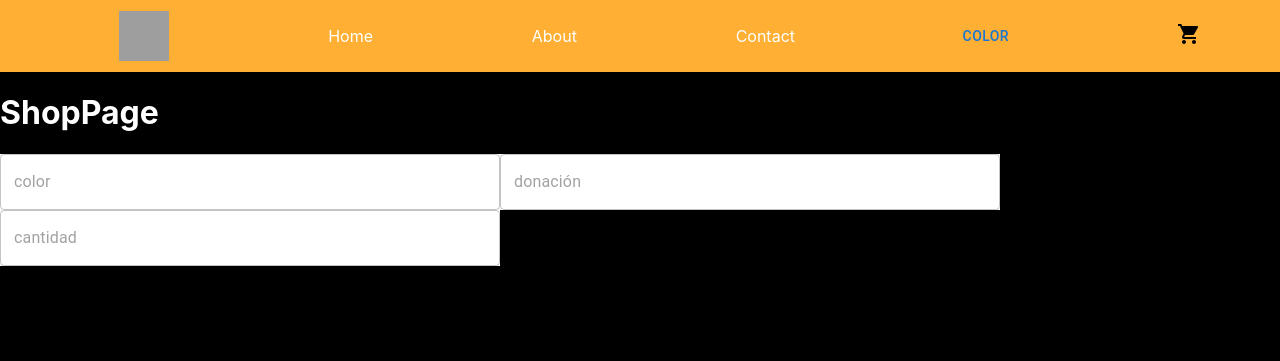
Repository: Toydrum/React-Hector-Coronado-EntregaFinal
Page: /shop
These files come from the project's save history. The page is drawn as it stood at one moment and after the next save; the edit follows.
The browser window is 1280 px wide. The pictures show the whole page.
Pictures or frames that could not be fetched are drawn as grey boxes. The project was rebuilt for these pictures with package versions that can differ from the ones it lists, and the page was loaded fresh each time. Also part of the build but not shown: vite.config.js, src/components/CardUser/CardUser.jsx, src/components/CardList/CardList.css, src/firebase/firebaseConfig.js, src/components/CardList/CardList.jsx, src/pages/HomePage/HomePage.jsx, src/pages/ContactPage/ContactPage.jsx, src/pages/AboutPage/AboutPage.jsx and 1 more.

Above is the page before, as saved 2023-07-16 17:55:24.

### src/App.jsx
//import React from "react";
import "./App.css";
import { BrowserRouter as Router, Routes, Route } from "react-router-dom";
//Components
import NavBar from "./components/Navbar/Navbar";
//import MenuColor from "./components/MenuColor/MenuColor";
//import CardUser from "./components/CardUser/CardUser";

//Pages
import HomePage from "./pages/HomePage/HomePage";
import ContactPage from "./pages/ContactPage/ContactPage";
import AboutPage from "./pages/AboutPage/AboutPage";
import DetailPage from "./pages/DetailPage/DetailPage";
import ShopPage from "./pages/ShopPage/ShopPage";

const App = () => {
  return (
    <Router>
      <div className="App">
        <NavBar />
        <Routes>
          <Route path="/" element={<HomePage />}></Route>
          <Route path="/About" element={<AboutPage />}></Route>
          <Route path="/Contact" element={<ContactPage />}></Route>
          <Route path="/detail/:id" element={<DetailPage />}></Route>
          <Route path="/shop" element={<ShopPage />}></Route>
        </Routes>
        <div className="Cards-Container"></div>
      </div>
    </Router>
  );
};

export default App;

### src/App.css
body{
  background-color: black;
}

.App {
  display: flex;
  flex-direction: column;
  justify-content: center;
}

.Cards-Container{
  display: flex;
  width: 100%;
  justify-content: center;
}

### src/components/Navbar/Navbar.jsx
import React from "react";
import "./Navbar.css";
import logo from "./cat-logo.svg";
import { Link } from "react-router-dom";
import CartWidget from "../CartWidget/CartWidget";
import MenuColor from "../MenuColor/MenuColor";

const NavBar = () => {
  return (
    <nav className="nav-container">
      <ul className="nav-ul">
        <img src={logo} alt="gatito" style={{ height: 50, width: 50 }} />
        <li className="li">
          <Link to="/" className="li">
            Home
          </Link>
        </li>
        <li className="li">
          <Link to="/about" className="li">
            About
          </Link>
        </li>
        <li className="li">
          <Link to="/contact" className="li">
            Contact
          </Link>
        </li>
        <li className="li">
          <MenuColor />
        </li>
        <li className="li">
          <Link to="/shop" className="li">
            <CartWidget className="li" />
          </Link>
        </li>
      </ul>
    </nav>
  );
};

export default NavBar;

### src/pages/ShopPage/ShopPage.jsx
import React from "react";
import TextField from "@mui/material/TextField";
import "./Styles.css";

const ShopPage = () => {
  return (
    <>
      <div className="caja">
        <h1 className="titulo">ShopPage</h1>
        <form>
          <TextField name="color" className="campo" placeholder="color" />
          <TextField name="donación" className="campo" placeholder="donación" />
          <TextField name="cantidad" className="campo" placeholder="cantidad" />
        </form>
      </div>
    </>
  );
};

export default ShopPage;

### src/components/Navbar/Navbar.css
.nav-container {
  background-color: #FFAF33;
  height: 10vh;
  display: flex;
  width: 100%;
  justify-content: space-around;
  align-items: center;
}

.nav-ul {
  display: flex;
  width: 100%;
  justify-content: space-around;
  align-items: center;
}

.li {
  color: white;
  list-style-type: none;
  text-decoration: none;
}

### src/components/CartWidget/CartWidget.jsx
import React from "react";
import ShoppingCartIcon from "@mui/icons-material/ShoppingCart";
import { Link } from "react-router-dom";

const CartWidget = () => {
  return (
    <div style={{ color: "black" }}>
      <ShoppingCartIcon />
    </div>
  );
};

export default CartWidget;

### src/components/MenuColor/MenuColor.jsx
import * as React from "react";
import Button from "@mui/material/Button";
import Menu from "@mui/material/Menu";
import MenuItem from "@mui/material/MenuItem";

const MenuColor = () => {
  const [anchorEl, setAnchorEl] = React.useState(null);
  const open = Boolean(anchorEl);
  const handleClick = (event) => {
    setAnchorEl(event.currentTarget);
  };
  const handleClose = () => {
    setAnchorEl(null);
  };

  return (
    <div>
      <Button
        id="demo-positioned-button"
        aria-controls={open ? "demo-positioned-menu" : undefined}
        aria-haspopup="true"
        aria-expanded={open ? "true" : undefined}
        onClick={handleClick}
      >
        Color
      </Button>
      <Menu
        id="demo-positioned-menu"
        aria-labelledby="demo-positioned-button"
        anchorEl={anchorEl}
        open={open}
        onClose={handleClose}
        anchorOrigin={{
          vertical: "top",
          horizontal: "left",
        }}
        transformOrigin={{
          vertical: "top",
          horizontal: "left",
        }}
      >
        <MenuItem onClick={handleClose}>Profile</MenuItem>
        <MenuItem onClick={handleClose}>My account</MenuItem>
        <MenuItem onClick={handleClose}>Logout</MenuItem>
      </Menu>
    </div>
  );
};

export default MenuColor;

### src/pages/ShopPage/Styles.css
.campo{
  display: flex;
  flex-flow: column;
  width: 500px;
  background-color : white;
  color: black;

}

.caja{
  display: flex;
  flex-flow: column;

  color:black;
}

.titulo{
  color: white;
}

Loaded but not shown: index.html (common file); src/main.jsx (common file); src/index.css (common file)

After the next save:
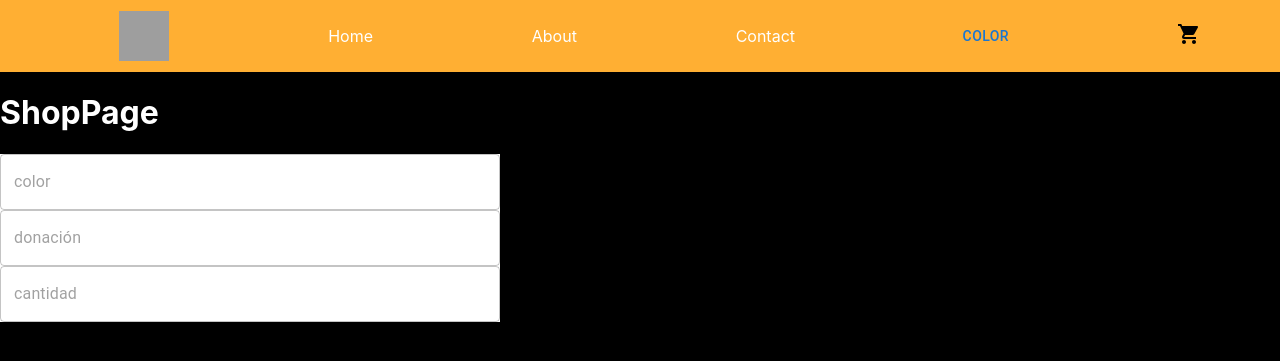
Saved 4 min 2 s later.
--- a/src/pages/ShopPage/Styles.css
+++ b/src/pages/ShopPage/Styles.css
@@ -10,6 +10,9 @@
 .caja{
   display: flex;
   flex-flow: column;
+  width: 50%;
+  height: 40vh;
+
 
   color:black;
 }
